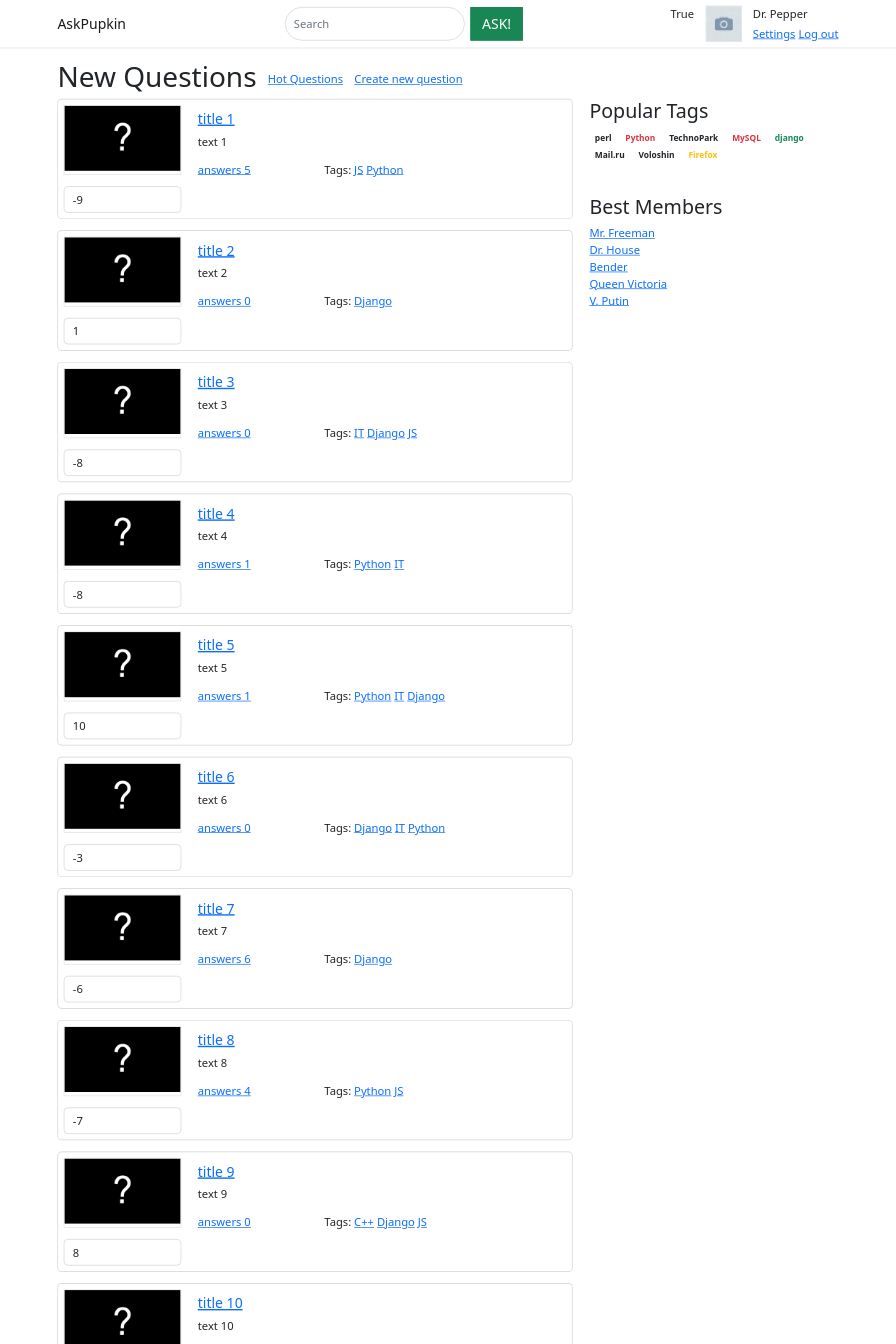
Repository: MiniDan21/askme_molchanov_django
Page: http://localhost/
An editor plug-in stored every save of this project. The page is shown before and after the next save, followed by the edit.
The browser window is 1280 px wide. The pictures show the part of the page from y = 0 to 1920 px (the page is 5647 px tall), at 70% of full size.
The page is served by the project's application, run on Django 5.2 (manage.py).

Above is the page before, as saved 2024-04-09 19:00:10.

After the next save:
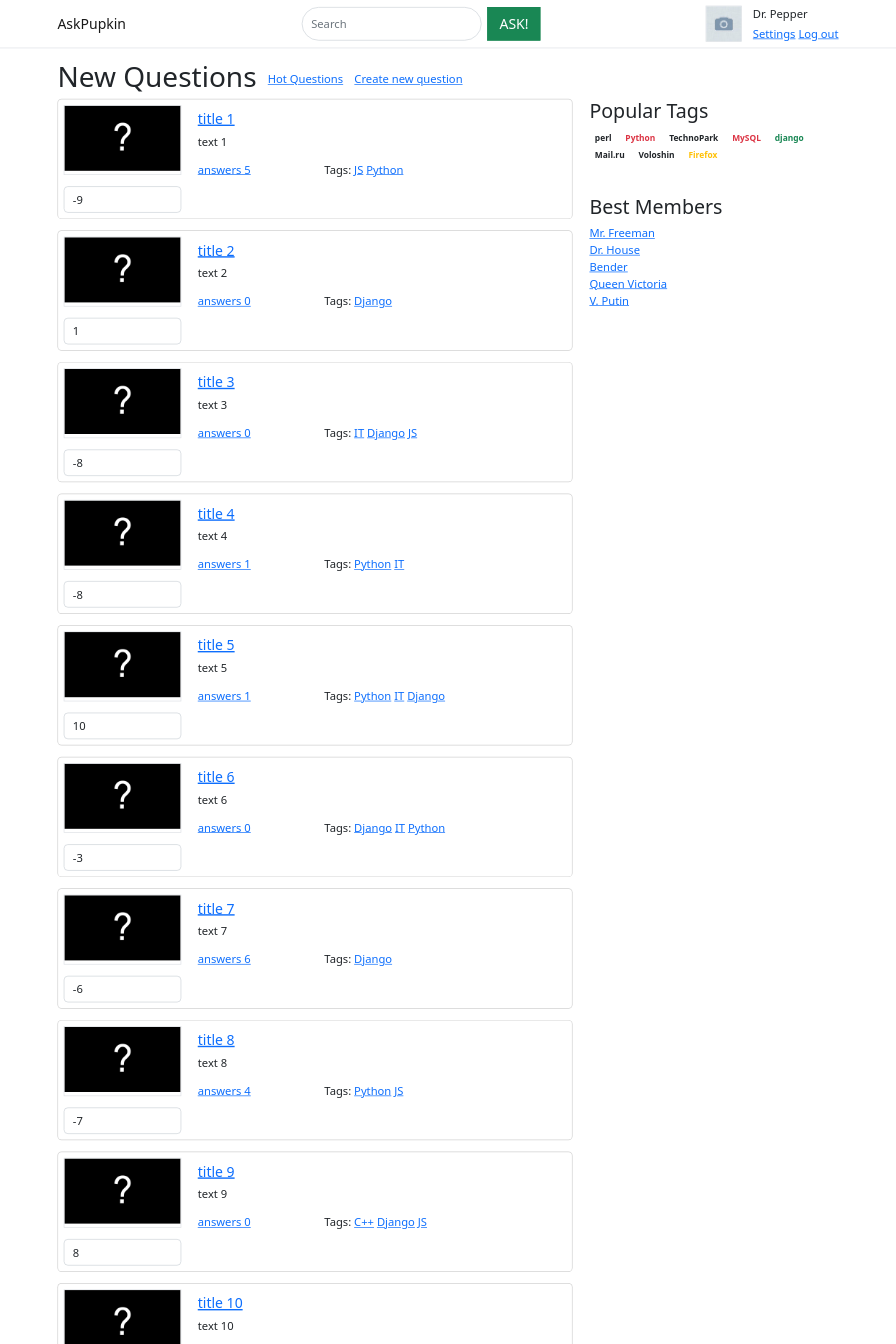
Saved 58 s later.
--- a/templates/layouts/loged_in.html
+++ b/templates/layouts/loged_in.html
@@ -1,4 +1,3 @@
-{{authed}}
 {% if authed %}
 <div class="border">
   <img
